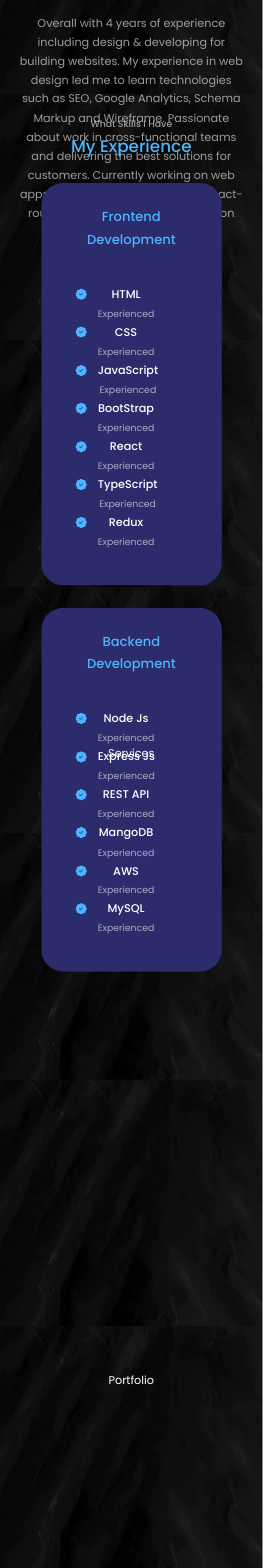
Repository: mayuri2018/Mr_react_portfolio
Page: /
These files come from the project's save history. The page is drawn as it stood at one moment and after the next save; the edit follows.
The browser window is 375 px wide. The pictures show the part of the page from y = 1625 to 3865 px (the page is 6203 px tall), at 70% of full size.
The project was rebuilt for these pictures with package versions that can differ from the ones it lists, and the page was loaded fresh each time. Also part of the build but not shown: src/components/services/services.css, src/components/portfolio/portfolio.css, src/components/testimonials/testimonials.css, src/components/contact/contact.css, src/components/footer/footer.css.

Above is the page before, as saved 2023-01-25 14:33:47.

After the next save:
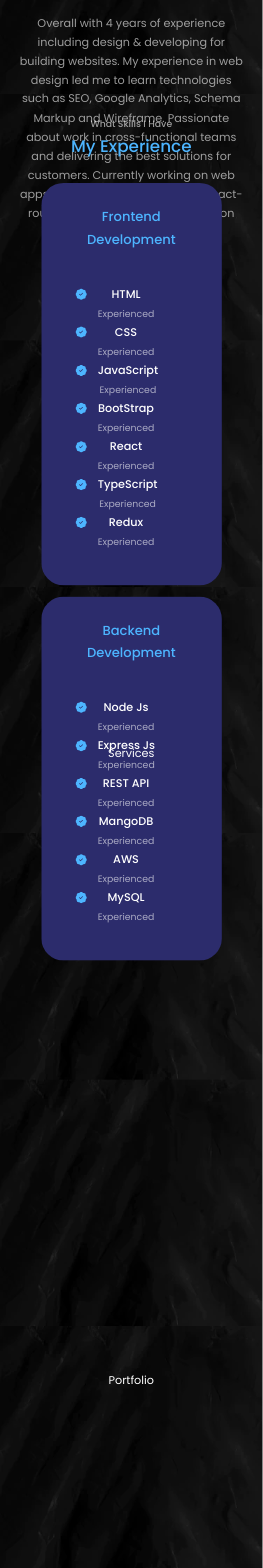
Saved 26 s later.
--- a/src/components/experience/experience.css
+++ b/src/components/experience/experience.css
@@ -53,18 +53,7 @@
   }
   /*----------Media Queries (small devices)-----*/
   @media screen and (max-width: 600px){
-    .about_me{
-        width: 65%;
-        margin: 0 auto 3rem;
-    }
-    .about_cards{
-        grid-template-columns: 1fr 1fr;
-        gap:1rem ;
-    }
-    .about_content{
-        text-align: center;
-    }
-    .about_content p{
-        margin: 1.5rem 0;
-    }
+   .experience_container{
+    gap:1rem;
+   }
   }
